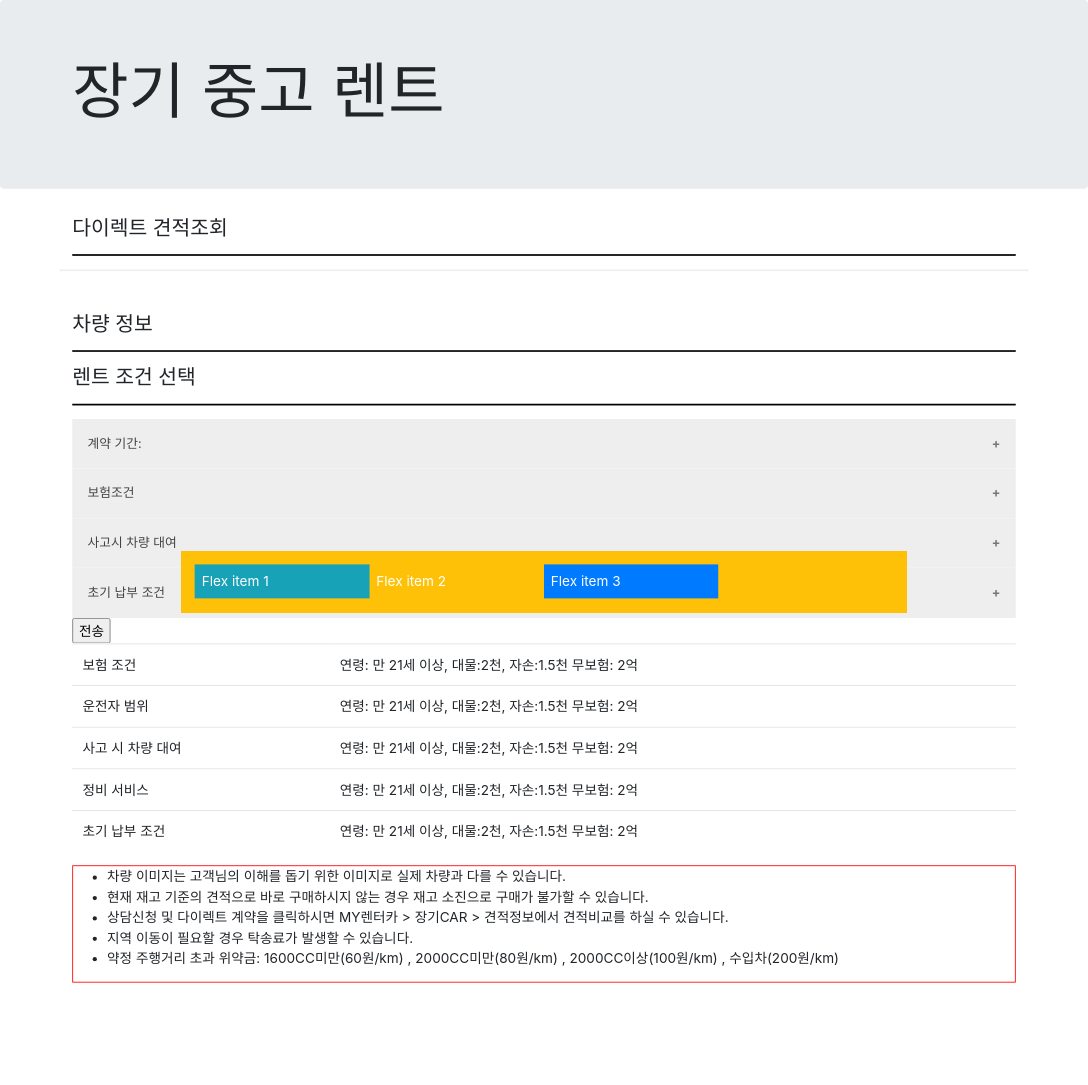
Repository: hyebinkim00/Project
Page: http://localhost/jsp/long_lent_oldcar/carLent.jsp
These files come from the project's save history. The page is drawn as it stood at one moment and after the next save; the edit follows.
The browser window is 1280 px wide. The pictures show the whole page, at 85% of full size.
The page is served by Tomcat 9. Other server files are loaded and not shown. Queries for data that is not in the repository find no rows.

Above is the page before, as saved 2020-09-16 07:08:54.

### jsp/WebContent/long_lent_oldcar/carLent.jsp
<%@page import="java.net.URLDecoder"%>
<%@page language="java" contentType="text/html; charset=UTF-8" pageEncoding="UTF-8"%>
<%@taglib prefix="c" uri="http://java.sun.com/jsp/jstl/core" %>
<%@taglib prefix="sql" uri="http://java.sun.com/jsp/jstl/sql"  %>
<% request.setCharacterEncoding("utf-8");
//URLEncoder.encode

String carname=request.getParameter("carname");
/* String carname = new String(request.getParameter("carname").getBytes("8859_1"), "EUC-KR"); */

%>

<!DOCTYPE html>
<html>
<head>
<meta name="viewport" content="width=device-width, initial-scale=1">
<style>
.accordion {
  background-color: #eee;
  color: #444;
  cursor: pointer;
  padding: 18px;
  width: 100%;
  border: none;
  text-align: left;
  outline: none;
  font-size: 15px;
  transition: 0.4s;
}

.active, .accordion:hover {
  background-color: #ccc;
}

.accordion:after {
  content: '\002B';
  color: #777;
  font-weight: bold;
  float: right;
  margin-left: 5px;
}

.active:after {
  content: "\2212";
}

.panel {
  padding: 0 18px;
  background-color: white;
  max-height: 0;
  overflow: hidden;
  transition: max-height 0.2s ease-out;
}

div.f{
border: 1px solid red;}
</style>
 <link rel="stylesheet" href="https://maxcdn.bootstrapcdn.com/bootstrap/4.5.2/css/bootstrap.min.css">
<meta charset="UTF-8" />
<title>장기 중고 상세</title>
<script src="https://code.jquery.com/jquery-3.5.1.min.js"></script>
<script src="https://ajax.googleapis.com/ajax/libs/jquery/3.5.1/jquery.min.js"></script>
</head>  <script src="https://maxcdn.bootstrapcdn.com/bootstrap/4.5.2/js/bootstrap.min.js"></script>
<body>
<script type="text/javascript">

		function checkTest1() {

			let testValue = document.getElementById("cntrTermMm1").value;

			document.getElementById("result1").innerHTML = testValue;

		}
</script>

<script type="text/javascript">

		function checkTest2() {

			let testValue = document.getElementById("cntrTermMm2").value;

			document.getElementById("result2").innerHTML = testValue;

		}
</script>

<script type="text/javascript">

		function checkTest4() {
			let testValue = document.getElementById("cntrTermMm4").value;

			let a = document.getElementById("price").value;

			alert(a)
			;
			let d= a-(a* testValue);

			alert(d);

			document.getElementById("mprice").value = d;

			document.getElementById("result4").innerHTML=d;
			let o=document.getElementById("mprice").value;

			alert(o);

		}
</script>




	<div class="jumbotron">
		<div class="container">
			<h1 class="display-3">장기 중고 렌트</h1>
		</div>
	</div>

<div class="container">
<h4>다이렉트 견적조회</h4>
<hr style="border: solid 1px black " />

	<div class="row" style="border: 1px solid #eeeeee">
		<sql:setDataSource var="dataSource"
			url="jdbc:oracle:thin:@localhost:1521:XE"
			driver="oracle.jdbc.driver.OracleDriver"
			user="hr" password="hr"/>
			<sql:query var="resultSet" dataSource="${dataSource}">
			select * from member where id=?
			 <sql:param value="${param.carname}"/>
			</sql:query>
			<c:forEach var="row" items="${resultSet.rows}">
			<div class="col-md-5" style="border-spacing: 5px;">

				<img src="../resources/images/${row.carname}.jpg" style="width: 100%;">
			</div>
			<div class="col-md-1">

			</div>
			<div class="col-md-6">
				<br><br>


				<h3>
				<c:out value="${row.carname}"/>
				</h3>

				<hr>
				<table>
					<tr>
						<td colspan="2"><span><strong>모델명</strong></span></td>
						<td><c:out value="${row.carname}"/></td>
					</tr>
					<tr>
						<td colspan="2"><span><strong>소비자 가</strong></span>  &nbsp; &nbsp; &nbsp;</td>
						<td><c:out value="${row.carprice}"/></td>
					</tr>
					<tr>
						<td colspan="2"><span><strong>계약 기간</strong></span></td>
						<td>최대<c:out value="${row.lent}"/>개월</td>
					</tr>
				</table>
				<hr>
				<p>
					표준렌탈료 &nbsp; &nbsp; &nbsp; <font size="5" color="red"> <c:out value="${row.monthprice }" /></font>원
				</p>

			</div>
			<c:set var="lentt" value="${row.lent}"/>

			</c:forEach>
		</div>



		<div>
		<br><br>
			<h4>차량 정보</h4>
			<hr style="border: solid 1px black " />
			<div>
			<sql:query var="resultSet" dataSource="${dataSource}">
			select * from member where id=?
			 <sql:param value="${param.carname}"/>
			</sql:query>
			<c:forEach var="row" items="${resultSet.rows}">
				<table class="table" id="table">
					<tr>
						<th class="bg-light text-dark">제조사</th>
						<td><c:out value="${row.facname}"></c:out></td>
						<th class="bg-light text-dark">차량번호</th>
						<td><c:out value="${row.id}"></c:out></td>
					</tr>
					<tr>
						<th class="bg-light text-dark">차종</th>
						<td><c:out value="${row.carnum}"></c:out></td>
						<th class="bg-light text-dark">최초 등록일</th>
						<td>2017-10-18</td>
					</tr>
					<tr>
						<th class="bg-light text-dark">모델명</th>
						<td colspan="3"><c:out value="${row.carname}"></c:out></td>
					</tr>
					<tr>
						<th class="bg-light text-dark">제조사차량옵션</th>
						<td colspan="3">4단자동변속기</td>
					</tr>
					<tr>
						<th class="bg-light text-dark" >제조사차량옵션2</th>
						<td colspan="3">-</td>
					</tr>
					<tr>
						<th class="bg-light text-dark">연료</th>
						<td><c:out value="${row.fuel}"/></td>
						<th class="bg-light text-dark">지점</th>
						<td><c:out value="${row.lentoffice}"/></td>
					</tr>

				</table>
				<c:set var="car_price" value="${row.monthprice }"> </c:set>
				<c:set var="car_name" value="${row.carname }"> </c:set>
				<c:set var="lent_office" value="${row.lentoffice }"> </c:set>
				</c:forEach>
			</div>


		</div>

<div>
<h4> 렌트 조건 선택 </h4>
<hr style="border: solid 1px black " />


<form method="post" action="shortTerm_payment_completed.jsp" >

<input type="hidden" id="car" name="car" value="${param.carname}">
<input type="hidden" id="carn" name="carn" value="${car_name}">
<input type="hidden" id="carof" name="carof" value="${lent_office}">

<button type="button" class="accordion">계약 기간: &nbsp;&nbsp;&nbsp;<span id="result1"></span></button>
<div class="panel"><span>차량 운행할수 있는 총 대여기간: &nbsp; &nbsp; &nbsp; &nbsp;</span>
<select name="cntrTermMm1" id="cntrTermMm1" class="option01" onchange="checkTest1()" >
<c:forEach var="i" begin="1" end="${lentt}">
<option value="<c:out value="${i}"/>개월"><c:out value="${i}"/>개월</option>	</c:forEach>

</select>
</div>

<button type="button" class="accordion">보험조건  <span id="result2"></span></button>
<div class="panel"><span>계약기간 총 주행거리 초과 시 위약금 발생   </span>
<select  name="cntrTermMm2" id="cntrTermMm2"  class="option02" onchange="checkTest2()" >
<option value="월 2천 Km이하">월 2천 Km이하</option>
<option value="월 3천 Km이하">월 3천 Km이하</option>
<option value="월 4천 Km이하">월 4천 Km이하</option>
</select>
</div>

<button type="button" class="accordion">사고시 차량 대여  <span id="result3"></span></button>
<div class="panel"><span>사고 시 차량 대여 서비스  </span>
<select  name="cntrTermMm3" id="cntrTermMm3"  class="option03"  >
<option value="yes">포함</option>
<option value="no">불 포함</option>
</select>
</div>

<button type="button" class="accordion">초기 납부 조건  <span id="result4"></span></button>
<div class="panel"><span>할인 조건  </span>
<select  name="cntrTermMm4" id="cntrTermMm4"  class="option04" onchange="checkTest4()" >

<option value="0.05">5% 할인</option>
<option value="0.1">10%할인</option>

</select>
<input type="hidden" id="price" name="price" value="${car_price}">
<input type="hidden" id="mprice" name="mprice">
</div>


<input type="submit" value="전송">
</form>
<c:remove var="car_price"/>
<c:remove var="lentt"/>
<c:remove var="car_name"/>
<c:remove var="lent_office"/>

</div>




<table class="table talbe-hover">
<tr><td>보험 조건</td><td>연령: 만 21세 이상, 대물:2천, 자손:1.5천 무보험: 2억</td></tr>
<tr><td>운전자 범위</td><td>연령: 만 21세 이상, 대물:2천, 자손:1.5천 무보험: 2억</td></tr>
<tr><td>사고 시 차량 대여</td><td>연령: 만 21세 이상, 대물:2천, 자손:1.5천 무보험: 2억</td></tr>
<tr><td>정비 서비스</td><td>연령: 만 21세 이상, 대물:2천, 자손:1.5천 무보험: 2억</td></tr>
<tr><td>초기 납부 조건</td><td>연령: 만 21세 이상, 대물:2천, 자손:1.5천 무보험: 2억</td></tr>
</table>

<div class="f">
<ul>
<li>차량 이미지는 고객님의 이해를 돕기 위한 이미지로 실제 차량과 다를 수 있습니다.</li>
<li>현재 재고 기준의 견적으로 바로 구매하시지 않는 경우 재고 소진으로 구매가 불가할 수 있습니다.</li>
<li>상담신청 및 다이렉트 계약을 클릭하시면 <span class="cl-point2">MY렌터카 &gt; 장기CAR &gt; 견적정보</span>에서 견적비교를 하실 수 있습니다.</li>
<li>지역 이동이 필요할 경우 탁송료가 발생할 수 있습니다.</li>
<li>약정 주행거리 초과 위약금: 1600CC미만(60원/km) , 2000CC미만(80원/km) , 2000CC이상(100원/km) , 수입차(200원/km)</li>
</ul>

</div>




</div>



 <br><br><br><br><br>
<div class="container col-sm-8 fixed-bottom ">

  <div class="row d-flex p-3 bg-warning text-white ">
    <div class="col-sm-3 p-2 bg-info">Flex item 1</div>
    <div class="col-sm-3 p-2 bg-warning">Flex item 2</div>
    <div class="col-sm-3 p-2 bg-primary">Flex item 3</div>
  </div>
</div>






<script>
var acc = document.getElementsByClassName("accordion");
var i;

for (i = 0; i < acc.length; i++) {
  acc[i].addEventListener("click", function() {
    this.classList.toggle("active");
    var panel = this.nextElementSibling;
    if (panel.style.maxHeight) {
      panel.style.maxHeight = null;
    } else {
      panel.style.maxHeight = panel.scrollHeight + "px";
    }
  });
}
</script>

</body>
</html>

After the next save:
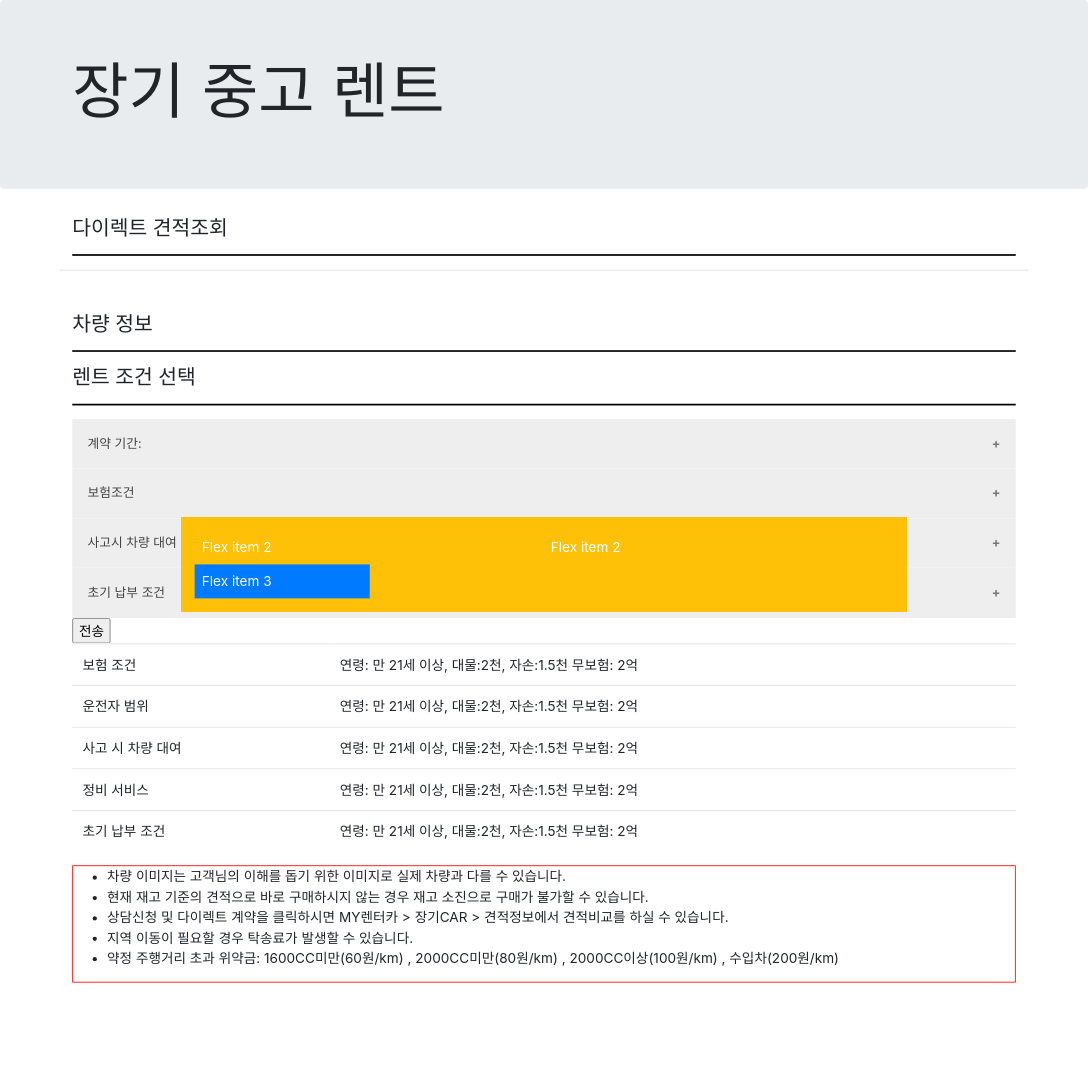
Saved 2 min 10 s later.
--- a/jsp/WebContent/long_lent_oldcar/carLent.jsp
+++ b/jsp/WebContent/long_lent_oldcar/carLent.jsp
@@ -317,8 +317,8 @@ border: 1px solid red;}
 <div class="container col-sm-8 fixed-bottom ">
 
   <div class="row d-flex p-3 bg-warning text-white ">
-    <div class="col-sm-3 p-2 bg-info">Flex item 1</div>
-    <div class="col-sm-3 p-2 bg-warning">Flex item 2</div>
+    <div class="col-sm-6 p-2 bg-warning">Flex item 2</div>
+    <div class="col-sm-6 p-2 bg-warning">Flex item 2</div>
     <div class="col-sm-3 p-2 bg-primary">Flex item 3</div>
   </div>
 </div>
